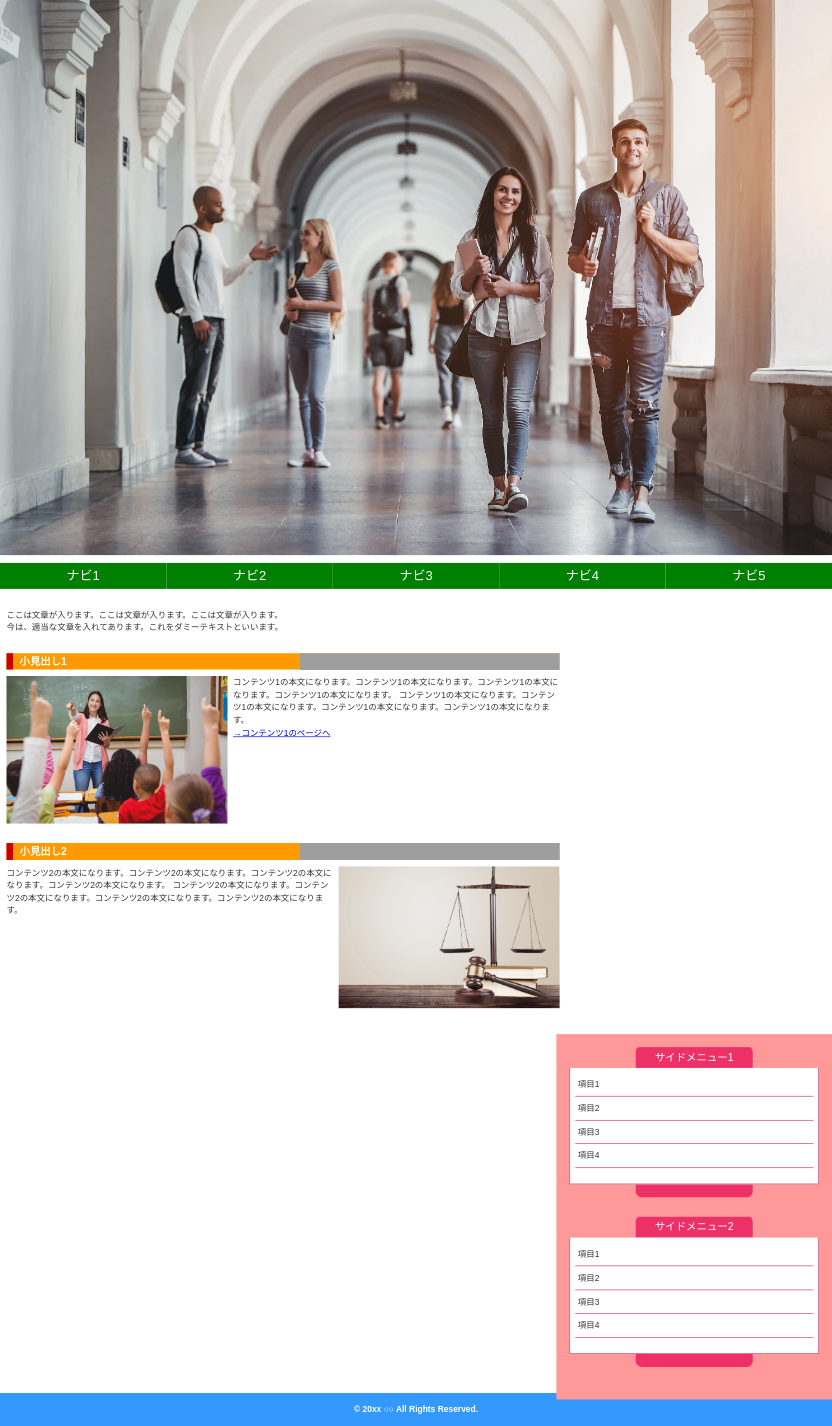
Repository: muu888/samurai_HTML-CSS
Page: index.html
The author's editor kept a record of every edit. The page is drawn from the files as they stood at one moment, then again after the next edit.
The browser window is 1280 px wide. The pictures show the whole page, at 65% of full size.
Pictures or frames that could not be fetched are drawn as grey boxes.

Above is the page before.

### index.html
<!DOCTYPE html>
<html lang="ja">
    <head>
        <meta charset="UTF-8">
        <title>HTML/CSSの学習</title>
        <link rel="stylesheet" href="stylesheet/stylesheet.css">
    </head>
    <body>
        <div id="header">
            <h1><a href="index.html"><img id="corridor" src="images/corridor.jpg" alt="大学の廊下" /></a></h1>
        </div>
        <div id="wrapper">
            <div id="nav">
                <ul>
                    <li><a href="home.html">ナビ1</a></li>
                    <li><a href="#">ナビ2</a></li>
                    <li><a href="#">ナビ3</a></li>
                    <li><a href="#">ナビ4</a></li>
                    <li><a href="#">ナビ5</a></li>
                </ul>
            </div>
            <div id="container">
                <div id="main">
                    <div class="post">
                        <p>ここは文章が入ります。ここは文章が入ります。ここは文章が入ります。<br />今は、適当な文章を入れてあります。これをダミーテキストといいます。</p>
                    </div>
                    <div class="post clearfix">
                        <h2>小見出し1</h2>
                        <img class="left" src="images/classroom.jpg" alt="授業風景" />
                        <p>
                            コンテンツ1の本文になります。コンテンツ1の本文になります。コンテンツ1の本文になります。コンテンツ1の本文になります。
                            コンテンツ1の本文になります。コンテンツ1の本文になります。コンテンツ1の本文になります。コンテンツ1の本文になります。
                        </p>
                        <p><a href="#">→コンテンツ1のページへ</a></p>
                    </div>
                    <div class="post clearfix">
                        <h2>小見出し2</h2>
                        <img class="right" src="images/scale.jpg" alt="天秤" />
                        <p>
                            コンテンツ2の本文になります。コンテンツ2の本文になります。コンテンツ2の本文になります。コンテンツ2の本文になります。
                            コンテンツ2の本文になります。コンテンツ2の本文になります。コンテンツ2の本文になります。コンテンツ2の本文になります。
                        </p>
                    </div>
                </div>
            </div>
            <div id="side">
                <div class="box">
                    <h2>サイドメニュー1</h2>
                    <div class="boxBody">
                        <ul>
                            <li>項目1</li>
                            <li>項目2</li>
                            <li>項目3</li>
                            <li>項目4</li>
                        </ul>
                    </div>
                </div>
                <div class="box">
                    <h2>サイドメニュー2</h2>
                    <div class="boxBody">
                        <ul>
                            <li>項目1</li>
                            <li>項目2</li>
                            <li>項目3</li>
                            <li>項目4</li>
                        </ul>
                    </div>
                </div>
            </div>
        </div>
        <div id="footer">
            <p>&copy; 20xx ○○ All Rights Reserved.</p>
        </div>
    </body>
</html>

### stylesheet/stylesheet.css
@charset "utf-8";

body {
	margin: 0;
	padding: 0;
	font-family: "ヒラギノ角ゴ Pro W3", "Hiragino Kaku Gothic Pro", "メイリオ", Meiryo, Osaka, "ＭＳ Ｐゴシック", "MS PGothic", sans-serif;
	color: #333;
	font-size: 13px;
	line-height: 150%;
}

/* -------------------- wrapper -------------------- */
#wrapper {
	width: 100%;
	margin: auto;
	padding: 0px;
	border: 0px;
	background-color: #FFF;
	top: 10px;
	position: relative;
}

/* -------------------- header -------------------- */
#header {
	width: 100%;
}
#header h1 {
	margin: 0;
	padding: 0;
}

#corridor {
	width: 100%;
	height: auto;
}

/* -------------------- footer -------------------- */
#footer {
	clear: both;
	width: 100%;
	padding: 3px 0 3px 0;
	background: #39F;
	color: #FFF;
	font-weight: bold;
	text-align: center;
}

/* -------------------- nav -------------------- */
#nav {
	width: 100%;
}
#nav ul {
	display: flex;
	margin: 0;
	padding: 0;
	list-style-type: none;
}
#nav ul li {
	width: 20%;
	text-align: center;
}
#nav ul li a {
	display: block;
	height: 20px;
	margin: 0;
	padding: 10px;
	color: #FFF;
	font-size: 20px;
	text-decoration: none;
	background-color: green;
}

 #nav ul li a:hover {
	 filter: drop-shadow(10px 10px 10px black);
 }

/* -------------------- container -------------------- */
#container {
	width: 100%;
	margin: auto ;
	padding: auto;
	padding-top: 20px;
	clear: both;
    display: grid;
    grid-template-columns: 70vw 30vw;
}
/* -------------------- main -------------------- */
#main {
	width: 95%;
	padding: 10px 30px 10px 10px;
}
#main h2 {
	margin: 0 0 10px 0;
	padding: 3px 10px 3px 10px;
	color: #FFF;
	font-size: 16px;
	border-left: solid 10px #C00;
	background: #F90 url(../images/main_h2.jpg) right top repeat-y;
}
#main p {
	margin: 0;
	padding: 0;
}
#main .post {
	margin: 0 0 30px 0;
}

#main .post img.right {
	margin: 0 0 0 8px;
}
#main .post img.left {
	margin: 0 8px 0 0;
}

.right {
	float: right;
	width: 40%;
	height: auto;
}
.left {
	float: left;
	width: 40%;
	height: auto;
}

/* -------------------- clearfix -------------------- */
.clearfix {
	zoom: 1;
}
.clearfix:after{
	content: "";
	display: block;
	clear: both;
}

/* -------------------- side -------------------- */
#side {
	float: right;
	width: 30%;
	padding: 20px;
	background-color: #F99;
}
#side .box {
	margin: 0 auto 30px auto;
	padding: 0 0 20px 0;
	background: url(images/side_box.png) bottom no-repeat;
}
#side .box h2 {
	margin: 0;
	padding: 8px;
	text-align: center;
	color: #fff;
	font-size: 16px;
	line-height: 16px;
	font-weight: normal;
	background: url(images/side_box_h2.png) center no-repeat;
}
#side .box .boxBody {
	padding: 8px;
	border-right: solid 1px #C36;
	border-bottom: solid 1px #C36;
	border-left: solid 1px #C36;
	background: #fff;
}
#side .box .boxBody ul {
	margin: 0 0 16px 0;
	padding: 0;
}
#side .box .boxBody ul li {
	padding: 8px 0 8px 4px;
	list-style: none;
	border-bottom: solid 1px #C36;
}

 #side .box .boxBody ul li:hover {
	 padding: 8px 0 8px 4px;
	 list-style: none;
	 border-bottom: solid 1px #C36;
	 box-shadow: 0px 4px 4px rgba(0, 0, 0, 0.3);
 }

After the next edit:
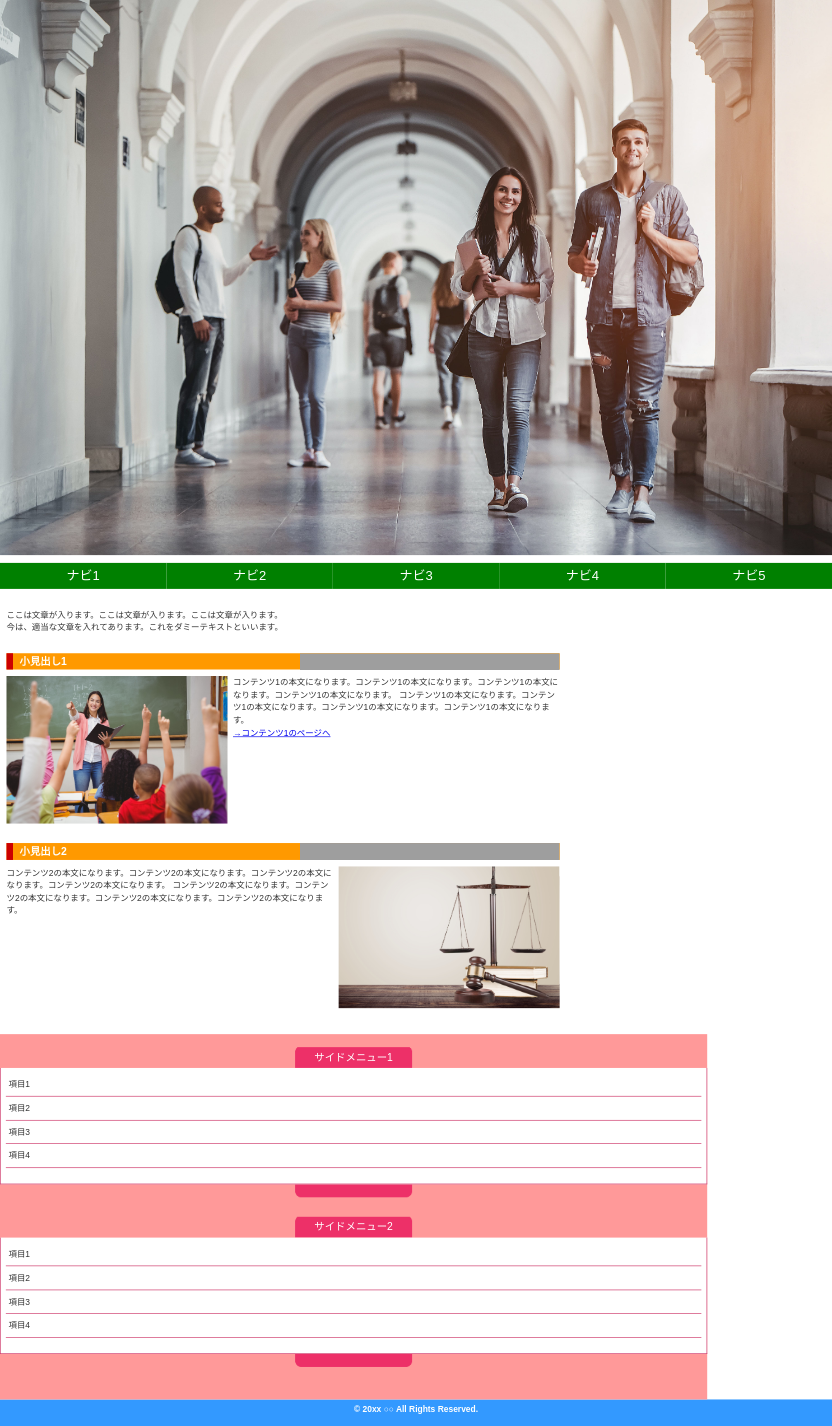
The edit:
--- a/stylesheet/stylesheet.css
+++ b/stylesheet/stylesheet.css
@@ -70,9 +70,9 @@
 	background-color: green;
 }
 
- #nav ul li a:hover {
-	 filter: drop-shadow(10px 10px 10px black);
- }
+#nav ul li a:hover {
+	filter: drop-shadow(10px 10px 10px black);
+}
 
 /* -------------------- container -------------------- */
 #container {
@@ -81,8 +81,8 @@
 	padding: auto;
 	padding-top: 20px;
 	clear: both;
-    display: grid;
-    grid-template-columns: 70vw 30vw;
+	display: grid;
+	grid-template-columns: 70vw 30vw;
 }
 /* -------------------- main -------------------- */
 #main {
@@ -135,9 +135,8 @@
 
 /* -------------------- side -------------------- */
 #side {
-	float: right;
-	width: 30%;
-	padding: 20px;
+	width: 85%;
+	padding: 20px 0;
 	background-color: #F99;
 }
 #side .box {
@@ -172,9 +171,9 @@
 	border-bottom: solid 1px #C36;
 }
 
- #side .box .boxBody ul li:hover {
-	 padding: 8px 0 8px 4px;
-	 list-style: none;
-	 border-bottom: solid 1px #C36;
-	 box-shadow: 0px 4px 4px rgba(0, 0, 0, 0.3);
- }
+#side .box .boxBody ul li:hover {
+	padding: 8px 0 8px 4px;
+	list-style: none;
+	border-bottom: solid 1px #C36;
+	box-shadow: 0px 4px 4px rgba(0, 0, 0, 0.3);
+}
